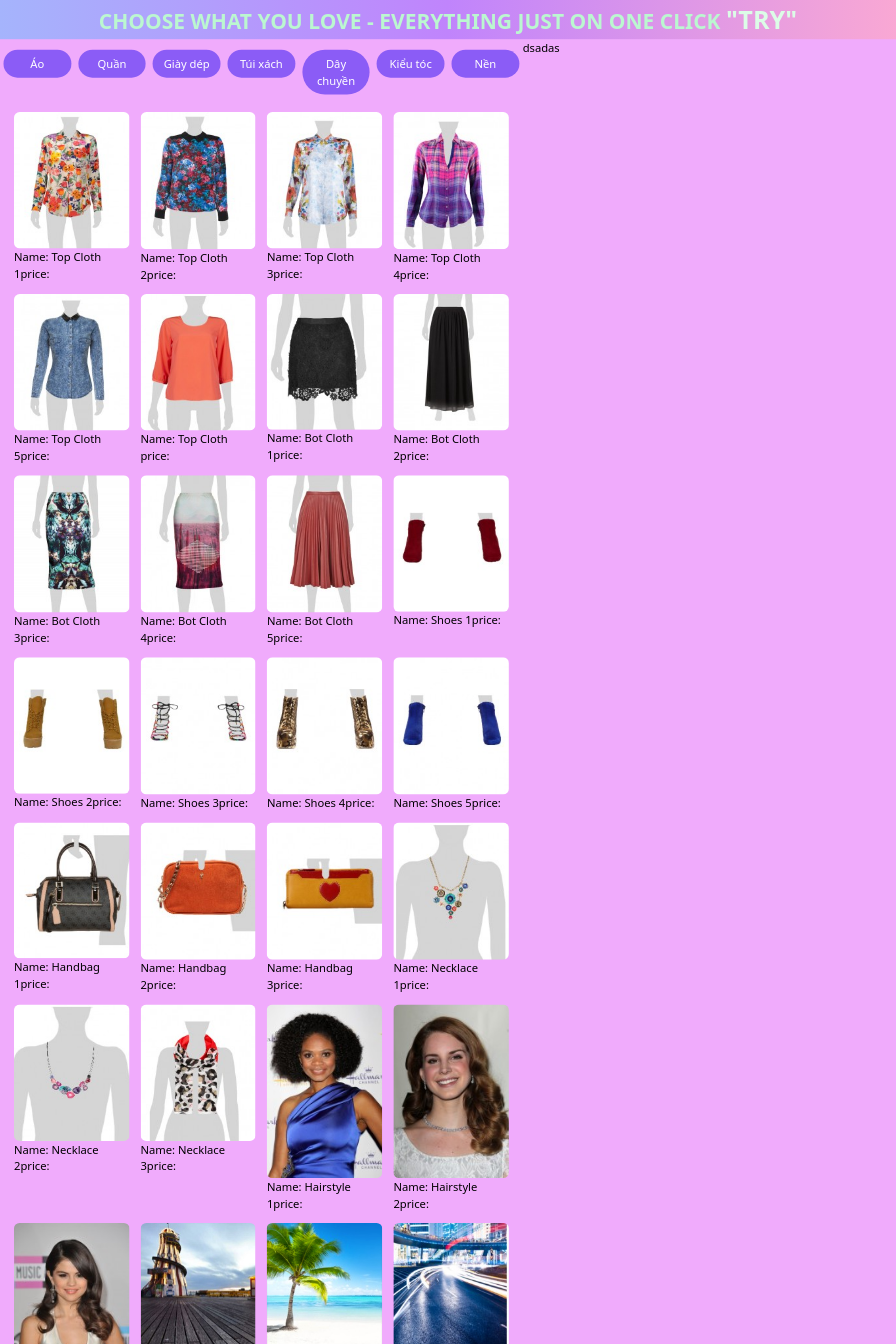
Repository: NguyenVietPhuQuy/ReactJs-TailWind-Redux-FunctionHook-ModelDesign
Page: / (app in modeldesign/)
The author's editor kept a copy of each file at every save. The page is drawn from the files as they stood at one save, then again after the next save.
The browser window is 1280 px wide. The pictures show the part of the page from y = 0 to 1920 px (the page is 2343 px tall before and 3067 px after), at 70% of full size.
The project was rebuilt for these pictures with package versions that can differ from the ones it lists, and the page was loaded fresh each time. Also part of the build but not shown: modeldesign/src/App.css.

Above is the page before, as saved 2022-11-17 16:10:38.

### modeldesign/public/index.html
<!DOCTYPE html>
<html lang="en">
  <head>
    <meta charset="utf-8" />
    <link rel="icon" href="%PUBLIC_URL%/favicon.ico" />
    <meta name="viewport" content="width=device-width, initial-scale=1" />
    <meta name="theme-color" content="#000000" />
    <meta
      name="description"
      content="Web site created using create-react-app"
    />
    <!--bootstrap-->
    <link rel="stylesheet" href="https://cdnjs.cloudflare.com/ajax/libs/bootstrap/5.2.2/js/bootstrap.min.js">
    <link rel="apple-touch-icon" href="%PUBLIC_URL%/logo192.png" />
    <!--
      manifest.json provides metadata used when your web app is installed on a
      user's mobile device or desktop. See https://developers.google.com/web/fundamentals/web-app-manifest/
    -->
    <link rel="manifest" href="%PUBLIC_URL%/manifest.json" />
    <!--
      Notice the use of %PUBLIC_URL% in the tags above.
      It will be replaced with the URL of the `public` folder during the build.
      Only files inside the `public` folder can be referenced from the HTML.

      Unlike "/favicon.ico" or "favicon.ico", "%PUBLIC_URL%/favicon.ico" will
      work correctly both with client-side routing and a non-root public URL.
      Learn how to configure a non-root public URL by running `npm run build`.
    -->
    <title>React App</title>
  </head>
  <body>
    <noscript>You need to enable JavaScript to run this app.</noscript>
    <div id="root"></div>
    <!--
      This HTML file is a template.
      If you open it directly in the browser, you will see an empty page.

      You can add webfonts, meta tags, or analytics to this file.
      The build step will place the bundled scripts into the <body> tag.

      To begin the development, run `npm start` or `yarn start`.
      To create a production bundle, use `npm run build` or `yarn build`.
    -->
  </body>
</html>

### modeldesign/src/index.js
import React from 'react';
import ReactDOM from 'react-dom/client';
import './index.css';
import App from './App';
import reportWebVitals from './reportWebVitals';
import {Provider} from 'react-redux'
import store from './Components/Reducer/Store';
const root = ReactDOM.createRoot(document.getElementById('root'));
root.render(
  <React.StrictMode>
    <Provider store ={store}>
    <App/>
    </Provider>
  </React.StrictMode>
);

// If you want to start measuring performance in your app, pass a function
// to log results (for example: reportWebVitals(console.log))
// or send to an analytics endpoint. Learn more: https://bit.ly/CRA-vitals
reportWebVitals();

### modeldesign/src/App.js
import React from 'react';
import './App.css';
import Home from './Components/Home.js'
function App() {
  return (
    <div>
      <Home/>
    </div>
  );
}

export default App;

### modeldesign/src/Components/Reducer/Store.js
import {createStore} from "redux"
import rootReducer from "./RootReducer"

const store = createStore(rootReducer,window.__REDUX_DEVTOOLS_EXTENSION__ && window.__REDUX_DEVTOOLS_EXTENSION__())
export default store

### modeldesign/src/Components/Home.js
import React from "react";
import Header from './Header.js'
import Category from "./Category.js";
import ProductList from "./ProductList.js";
import Model from "./Model.js";
function Home() {
    return (
        <div className="container mx-auto relative bg-fuchsia-300">
            <section className=
            " bg-gradient-to-r from-indigo-300 via-purple-400 to-pink-300 w-full ring-2 ring-transparent">
                    <Header/>
            </section>
            <section className="main flex flex-row">
                <div className="basis-7/12">
                    <Category/>
                    <ProductList/>
                </div>
                <div className="basis-5/12">
                    <Model />
                </div>
            </section>
        </div>
    )
}
export default Home

### modeldesign/src/Components/Reducer/RootReducer.js
import { combineReducers } from "redux";
import ProductReducer from './ProductReducer'
import CategoryReducer from './CategoryReducer'

const RootReducer = combineReducers({
    products: ProductReducer,
    categories: CategoryReducer,

})

export default RootReducer

### modeldesign/src/Components/Header.js
import React from "react";
import 'animate.css'
function Header(){
    return (
        <div className="text-center text-3xl p-2 font-semibold text-green-200 ">
            CHOOSE WHAT YOU LOVE - EVERYTHING JUST ON ONE CLICK <span className="text-green-100 font-bold text-4xl animate__animated animate__pulse animate__infinite inline-block">"TRY" </span>
        </div>
    )
}
export default Header

### modeldesign/src/Components/Category.js
import React from "react";
import { useSelector } from 'react-redux'


function Category(props) {
    const returnValue = useSelector(state => state.categories.category)
    return (
        <div className=" flex flex-row w-full">
            {returnValue.map((item) => {
                return (
                    <div key={item.tabName}className="w-1/2" style={{marginTop: 10, padding:5}}>
                        <button className="p-2 w-full rounded-full text-white hover:text-pink-100
                         bg-violet-500 hover:bg-violet-600 active:bg-violet-700 focus:outline-none
                         ease-in duration-200"
                         style={{ outline:"none",border: "none"}} >
                            {item.showName}
                        </button>
                    </div>
                )
            })}
        </div>
    )
}

export default Category

### modeldesign/src/Components/ProductList.js
import React from "react";
import { useSelector } from "react-redux";
function ProductList() {
    const productList = useSelector(state => state.products.product)
    console.log(productList)
    return (
        <div className="grid grid-cols-4 gap-4 m-5 text-left">
            {productList.map(item => {
                return (
                    <div className="card ">
                        <img alt="" src={item.imgSrc_jpg}  className="rounded-lg flex-shrink-0 w-full"></img>
                        <div>
                        <span>Name: {item.name}</span>
                        <span>price: {item.price}</span>
                        </div>
                    </div>
                )
            })}
        </div>)
}
export default ProductList

### modeldesign/src/Components/Model.js
import React from "react";
function Model(){
    return(<div>
        dsadas
    </div>)
}
export default Model

### modeldesign/src/Components/Reducer/ProductReducer.js

const initialState = {
    product: [{
        id: 'topcloth_1',
        type: "topclothes",
        name: "Top Cloth 1",
        desc: "Lorem ipsum dolor, sit amet consectetur adipisicing elit. Aliquid, nulla.",
        imgSrc_jpg: 'images/clothes/topcloth1_show.jpg',
        imgSrc_png: 'images/clothes/topcloth1.png',
    },
    {
        id: 'topcloth_2',
        type: "topclothes",
        name: "Top Cloth 2",
        desc: "Lorem ipsum dolor, sit amet consectetur adipisicing elit. Aliquid, nulla.",
        imgSrc_jpg: 'images/clothes/topcloth2_show.jpg',
        imgSrc_png: 'images/clothes/topcloth2.png',
    },
    {
        id: 'topcloth_3',
        type: "topclothes",
        name: "Top Cloth 3",
        desc: "Lorem ipsum dolor, sit amet consectetur adipisicing elit. Aliquid, nulla.",
        imgSrc_jpg: 'images/clothes/topcloth3_show.jpg',
        imgSrc_png: 'images/clothes/topcloth3.png',
    },
    {
        id: 'topcloth_4',
        type: "topclothes",
        name: "Top Cloth 4",
        desc: "Lorem ipsum dolor, sit amet consectetur adipisicing elit. Aliquid, nulla.",
        imgSrc_jpg: 'images/clothes/topcloth4_show.jpg',
        imgSrc_png: 'images/clothes/topcloth4.png',
    },
    {
        id: 'topcloth_5',
        type: "topclothes",
        name: "Top Cloth 5",
        desc: "Lorem ipsum dolor, sit amet consectetur adipisicing elit. Aliquid, nulla.",
        imgSrc_jpg: 'images/clothes/topcloth5_show.jpg',
        imgSrc_png: 'images/clothes/topcloth5.png',
    },
    {
        id: 'topcloth_6',
        type: "topclothes",
        name: "Top Cloth ",
        desc: "Lorem ipsum dolor, sit amet consectetur adipisicing elit. Aliquid, nulla.",
        imgSrc_jpg: 'images/clothes/topcloth6_show.jpg',
        imgSrc_png: 'images/clothes/topcloth6.png',
    },

    // Both clothes
    {
        id: 'botcloth_1',
        type: "botclothes",
        name: "Bot Cloth 1",
        desc: "Lorem ipsum dolor, sit amet consectetur adipisicing elit. Aliquid, nulla.",
        imgSrc_jpg: 'images/clothes/botcloth1_show.jpg',
        imgSrc_png: 'images/clothes/botcloth1.png',
    },
    {
        id: 'botcloth_2',
        type: "botclothes",
        name: "Bot Cloth 2",
        desc: "Lorem ipsum dolor, sit amet consectetur adipisicing elit. Aliquid, nulla.",
        imgSrc_jpg: 'images/clothes/botcloth2_show.jpg',
        imgSrc_png: 'images/clothes/botcloth2.png',
    },
    {
        id: 'botcloth_3',
        type: "botclothes",
        name: "Bot Cloth 3",
        desc: "Lorem ipsum dolor, sit amet consectetur adipisicing elit. Aliquid, nulla.",
        imgSrc_jpg: 'images/clothes/botcloth3_show.jpg',
        imgSrc_png: 'images/clothes/botcloth3.png',
    },
    {
        id: 'botcloth_4',
        type: "botclothes",
        name: "Bot Cloth 4",
        desc: "Lorem ipsum dolor, sit amet consectetur adipisicing elit. Aliquid, nulla.",
        imgSrc_jpg: 'images/clothes/botcloth4_show.jpg',
        imgSrc_png: 'images/clothes/botcloth4.png',
    },
    {
        id: 'botcloth_5',
        type: "botclothes",
        name: "Bot Cloth 5",
        desc: "Lorem ipsum dolor, sit amet consectetur adipisicing elit. Aliquid, nulla.",
        imgSrc_jpg: 'images/clothes/botcloth5_show.jpg',
        imgSrc_png: 'images/clothes/botcloth5.png',
    },

    // Shoes
    {
        id: 'shoes_1',
        type: "shoes",
        name: "Shoes 1",
        desc: "Lorem ipsum dolor, sit amet consectetur adipisicing elit. Aliquid, nulla.",
        imgSrc_jpg: 'images/shoes/shoes1_show.jpg',
        imgSrc_png: 'images/shoes/shoes1.png',
    },
    {
        id: 'shoes_2',
        type: "shoes",
        name: "Shoes 2",
        desc: "Lorem ipsum dolor, sit amet consectetur adipisicing elit. Aliquid, nulla.",
        imgSrc_jpg: 'images/shoes/shoes2_show.jpg',
        imgSrc_png: 'images/shoes/shoes2.png',
    },
    {
        id: 'shoes_3',
        type: "shoes",
        name: "Shoes 3",
        desc: "Lorem ipsum dolor, sit amet consectetur adipisicing elit. Aliquid, nulla.",
        imgSrc_jpg: 'images/shoes/shoes3_show.jpg',
        imgSrc_png: 'images/shoes/shoes3.png',
    },
    {
        id: 'shoes_4',
        type: "shoes",
        name: "Shoes 4",
        desc: "Lorem ipsum dolor, sit amet consectetur adipisicing elit. Aliquid, nulla.",
        imgSrc_jpg: 'images/shoes/shoes4_show.jpg',
        imgSrc_png: 'images/shoes/shoes4.png',
    },
    {
        id: 'shoes_5',
        type: "shoes",
        name: "Shoes 5",
        desc: "Lorem ipsum dolor, sit amet consectetur adipisicing elit. Aliquid, nulla.",
        imgSrc_jpg: 'images/shoes/shoes5_show.jpg',
        imgSrc_png: 'images/shoes/shoes5.png',
    },

    // Handbags
    {
        id: 'handbag_1',
        type: "handbags",
        name: "Handbag 1",
        desc: "Lorem ipsum dolor, sit amet consectetur adipisicing elit. Aliquid, nulla.",
        imgSrc_jpg: 'images/handbags/handbag1_show.jpg',
        imgSrc_png: 'images/handbags/handbag1.png',
    },
    {
        id: 'handbag_2',
        type: "handbags",
        name: "Handbag 2",
        desc: "Lorem ipsum dolor, sit amet consectetur adipisicing elit. Aliquid, nulla.",
        imgSrc_jpg: 'images/handbags/handbag2_show.jpg',
        imgSrc_png: 'images/handbags/handbag2.png',
    },
    {
        id: 'handbag_3',
        type: "handbags",
        name: "Handbag 3",
        desc: "Lorem ipsum dolor, sit amet consectetur adipisicing elit. Aliquid, nulla.",
        imgSrc_jpg: 'images/handbags/handbag3_show.jpg',
        imgSrc_png: 'images/handbags/handbag3.png',
    },

    // Necklaces
    {
        id: 'necklace_1',
        type: "necklaces",
        name: "Necklace 1",
        desc: "Lorem ipsum dolor, sit amet consectetur adipisicing elit. Aliquid, nulla.",
        imgSrc_jpg: 'images/necklaces/necklace1_show.jpg',
        imgSrc_png: 'images/necklaces/necklace1.png',
    },
    {
        id: 'necklace_2',
        type: "necklaces",
        name: "Necklace 2",
        desc: "Lorem ipsum dolor, sit amet consectetur adipisicing elit. Aliquid, nulla.",
        imgSrc_jpg: 'images/necklaces/necklace2_show.jpg',
        imgSrc_png: 'images/necklaces/necklace2.png',
    },
    {
        id: 'necklace_3',
        type: "necklaces",
        name: "Necklace 3",
        desc: "Lorem ipsum dolor, sit amet consectetur adipisicing elit. Aliquid, nulla.",
        imgSrc_jpg: 'images/necklaces/necklace3_show.jpg',
        imgSrc_png: 'images/necklaces/necklace3.png',
    },

    // Hairstyle
    {
        id: 'hairstyle_1',
        type: "hairstyle",
        name: "Hairstyle 1",
        desc: "Lorem ipsum dolor, sit amet consectetur adipisicing elit. Aliquid, nulla.",
        imgSrc_jpg: 'images/hairstyle/hairstyle1_show.jpg',
        imgSrc_png: 'images/hairstyle/hairstyle1.png',
    },
    {
        id: 'hairstyle_2',
        type: "hairstyle",
        name: "Hairstyle 2",
        desc: "Lorem ipsum dolor, sit amet consectetur adipisicing elit. Aliquid, nulla.",
        imgSrc_jpg: 'images/hairstyle/hairstyle2_show.jpg',
        imgSrc_png: 'images/hairstyle/hairstyle2.png',
    },
    {
        id: 'hairstyle_3',
        type: "hairstyle",
        name: "Hairstyle 3",
        desc: "Lorem ipsum dolor, sit amet consectetur adipisicing elit. Aliquid, nulla.",
        imgSrc_jpg: 'images/hairstyle/hairstyle3_show.jpg',
        imgSrc_png: 'images/hairstyle/hairstyle3.png',
    },

    // Background
    {
        id: 'background_1',
        type: "background",
        name: "Background 1",
        desc: "Lorem ipsum dolor, sit amet consectetur adipisicing elit. Aliquid, nulla.",
        imgSrc_jpg: 'images/background/background1_show.jpg',
        imgSrc_png: 'images/background/background1.jpg',
    },
    {
        id: 'background_2',
        type: "background",
        name: "Background 2",
        desc: "Lorem ipsum dolor, sit amet consectetur adipisicing elit. Aliquid, nulla.",
        imgSrc_jpg: 'images/background/background2_show.jpg',
        imgSrc_png: 'images/background/background2.jpg',
    },
    {
        id: 'background_3',
        type: "background",
        name: "Background 3",
        desc: "Lorem ipsum dolor, sit amet consectetur adipisicing elit. Aliquid, nulla.",
        imgSrc_jpg: 'images/background/background3_show.jpg',
        imgSrc_png: 'images/background/background3.jpg',
    },
    {
        id: 'background_4',
        type: "background",
        name: "Background 4",
        desc: "Lorem ipsum dolor, sit amet consectetur adipisicing elit. Aliquid, nulla.",
        imgSrc_jpg: 'images/background/background4_show.jpg',
        imgSrc_png: 'images/background/background4.jpg',
    },
    {
        id: 'background_5',
        type: "background",
        name: "Background 5",
        desc: "Lorem ipsum dolor, sit amet consectetur adipisicing elit. Aliquid, nulla.",
        imgSrc_jpg: 'images/background/background5_show.jpg',
        imgSrc_png: 'images/background/background5.jpg',
    },
    {
        id: 'background_6',
        type: "background",
        name: "Background 6",
        desc: "Lorem ipsum dolor, sit amet consectetur adipisicing elit. Aliquid, nulla.",
        imgSrc_jpg: 'images/background/background6_show.jpg',
        imgSrc_png: 'images/background/background6.jpg',
    },
    {
        id: 'background_7',
        type: "background",
        name: "Background 7",
        desc: "Lorem ipsum dolor, sit amet consectetur adipisicing elit. Aliquid, nulla.",
        imgSrc_jpg: 'images/background/background7_show.jpg',
        imgSrc_png: 'images/background/background7.jpg',
    },
    ],
}
const ProductReducer = (state = initialState) => {
    return state
}

export default ProductReducer

### modeldesign/src/Components/Reducer/CategoryReducer.js
const initialState ={
    category: [
        { tabName: 'tabTopClothes', showName: 'Áo', type: 'topclothes' },
        { tabName: 'tabBotClothes', showName: 'Quần', type: 'botclothes' },
        { tabName: 'tabShoes', showName: 'Giày dép', type: 'shoes' },
        { tabName: 'tabHandBags', showName: 'Túi xách', type: 'handbags' },
        { tabName: 'tabNecklaces', showName: 'Dây chuyền', type: 'necklaces' },
        { tabName: 'tabHairStyle', showName: 'Kiểu tóc', type: 'hairstyle' },
        { tabName: 'tabBackground', showName: 'Nền', type: 'background' }
    ]
}
const CategoryReducer = (state=initialState) =>{
    return state
}
export default CategoryReducer

Loaded but not shown: modeldesign/src/index.css (common file); modeldesign/src/reportWebVitals.js (common file); modeldesign/tailwind.config.js (common file)

After the next save:
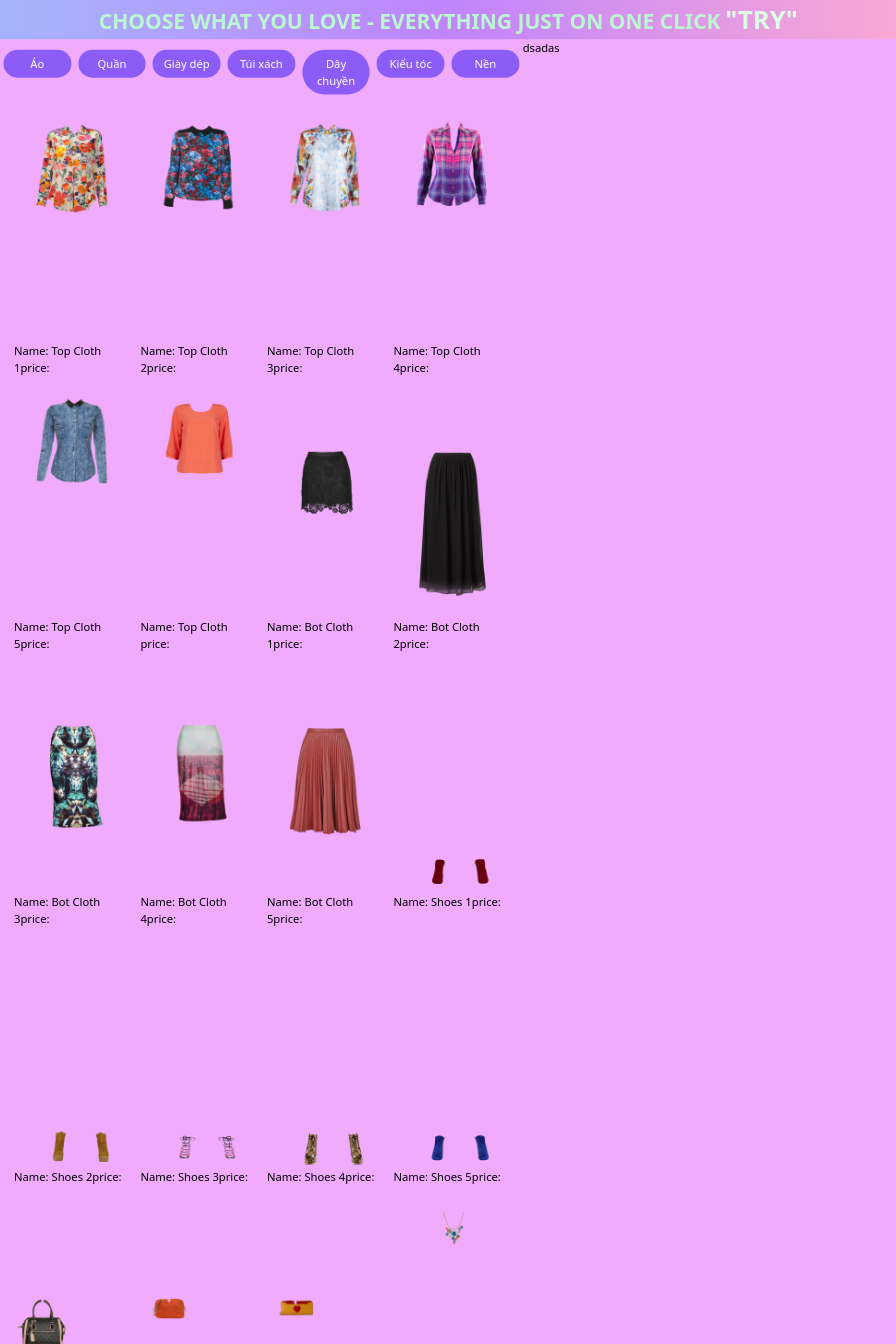
Saved 24 s later.
--- a/modeldesign/src/Components/ProductList.js
+++ b/modeldesign/src/Components/ProductList.js
@@ -8,7 +8,7 @@ function ProductList() {
             {productList.map(item => {
                 return (
                     <div className="card ">
-                        <img alt="" src={item.imgSrc_jpg}  className="rounded-lg flex-shrink-0 w-full"></img>
+                        <img alt="" src={item.imgSrc_png}  className="rounded-lg flex-shrink-0 w-full"></img>
                         <div>
                         <span>Name: {item.name}</span>
                         <span>price: {item.price}</span>
